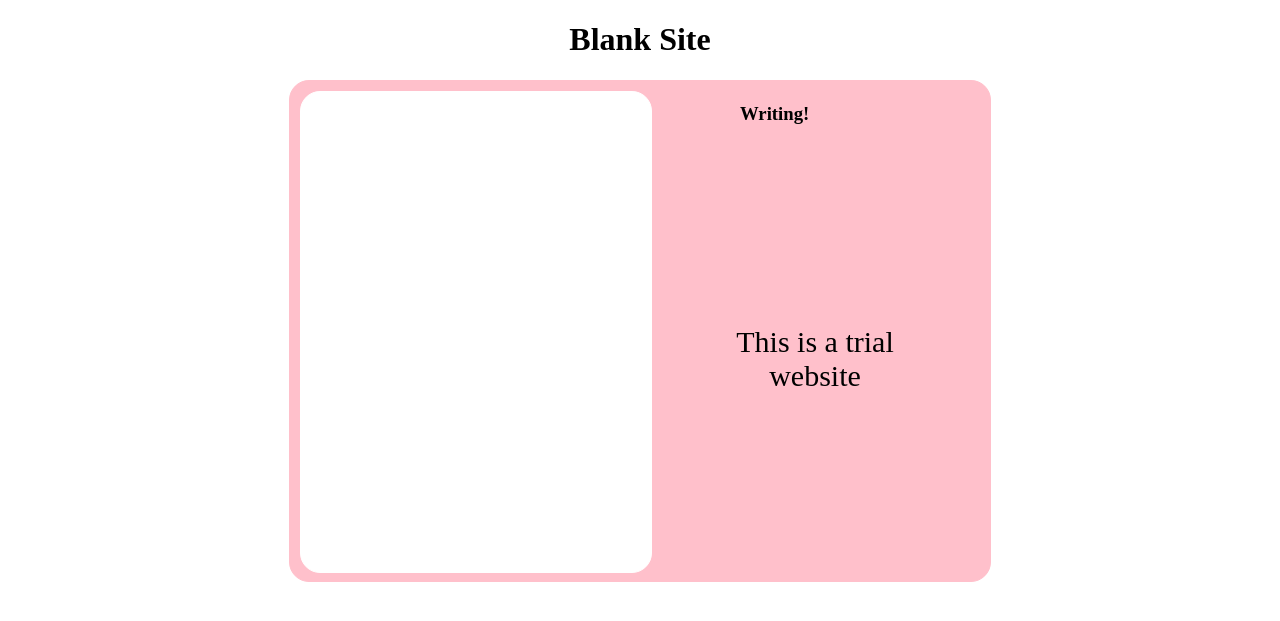
Repository: yhung004/Blank_Project
Page: index.html
The author's editor kept a copy of each file at every save. The page is drawn from the files as they stood at one save, then again after the next save.
The browser window is 1280 px wide. The pictures show the whole page.

Above is the page before, as saved 2024-04-04 03:31:34.

### index.html
<!DOCTYPE html>
<html lang="en">
<head>
    <meta charset="UTF-8">
    <meta name="viewport" content="width=device-width, initial-scale=1.0">
    <title>Blank_Project</title>
    <link rel="stylesheet" href="index.css">
</head>
<body>
    <h1 class="header1">Blank Site</h1>
    <div class="main">
        <div class="container"></div>
        <div class="words">
            <h3 class="heading2">Writing!</h3>
            <p class="sub">This is a trial <br>website</p>
        </div>

    </div>

</body>
</html>

### index.css
.header1 {
    text-align: center;
}
.main {
    background-color: pink;
    width: 700px;
    height: 500px;
    margin:auto;
    border: 1px solid pink;
    border-radius: 20px;
}
.container {
    margin:10px;
    background-color:white;
    width:350px;
    height: 480px;
    border :1px solid white;
    border-radius: 20px;
    display: flexbox;
}
.words {
    display:inline;
    float:right;
}
.heading2 {
    margin-top: -480px;
    margin-left:-250px;

}
.sub {
    margin-left:-350px;
    margin-top: 200px;
    text-align:center;
    font-size: 30px;
}

After the next save:
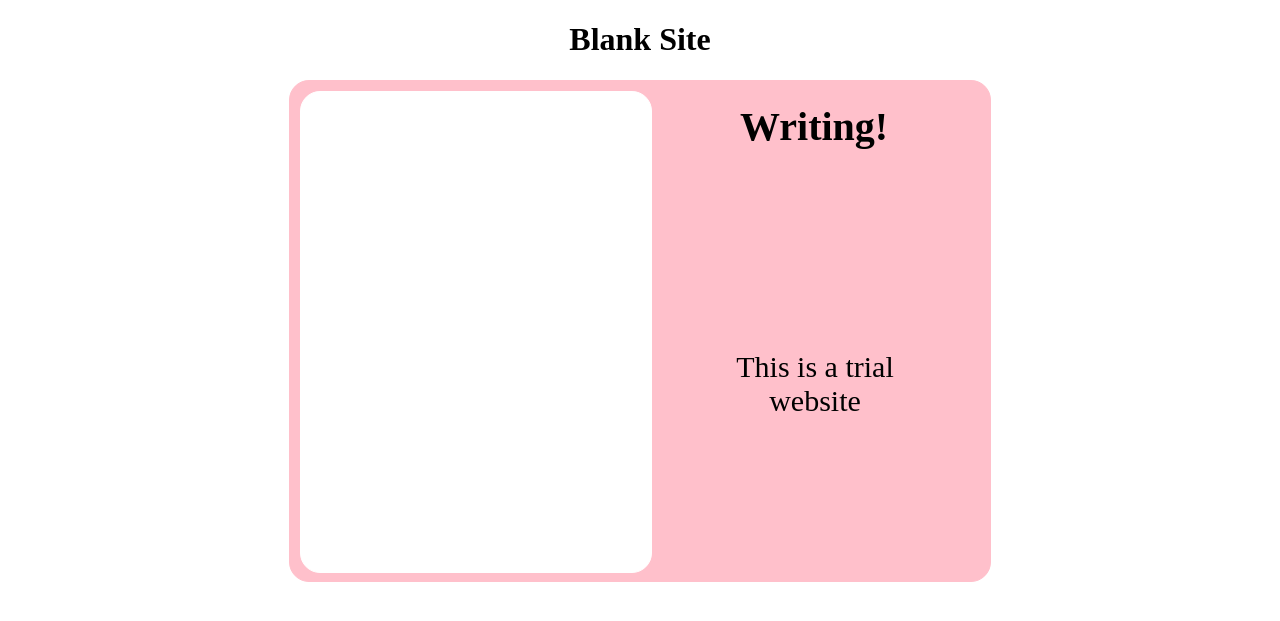
Saved 22 s later.
--- a/index.css
+++ b/index.css
@@ -25,7 +25,7 @@
 .heading2 {
     margin-top: -480px;
     margin-left:-250px;
-
+    font-size: 40px;
 }
 .sub {
     margin-left:-350px;
